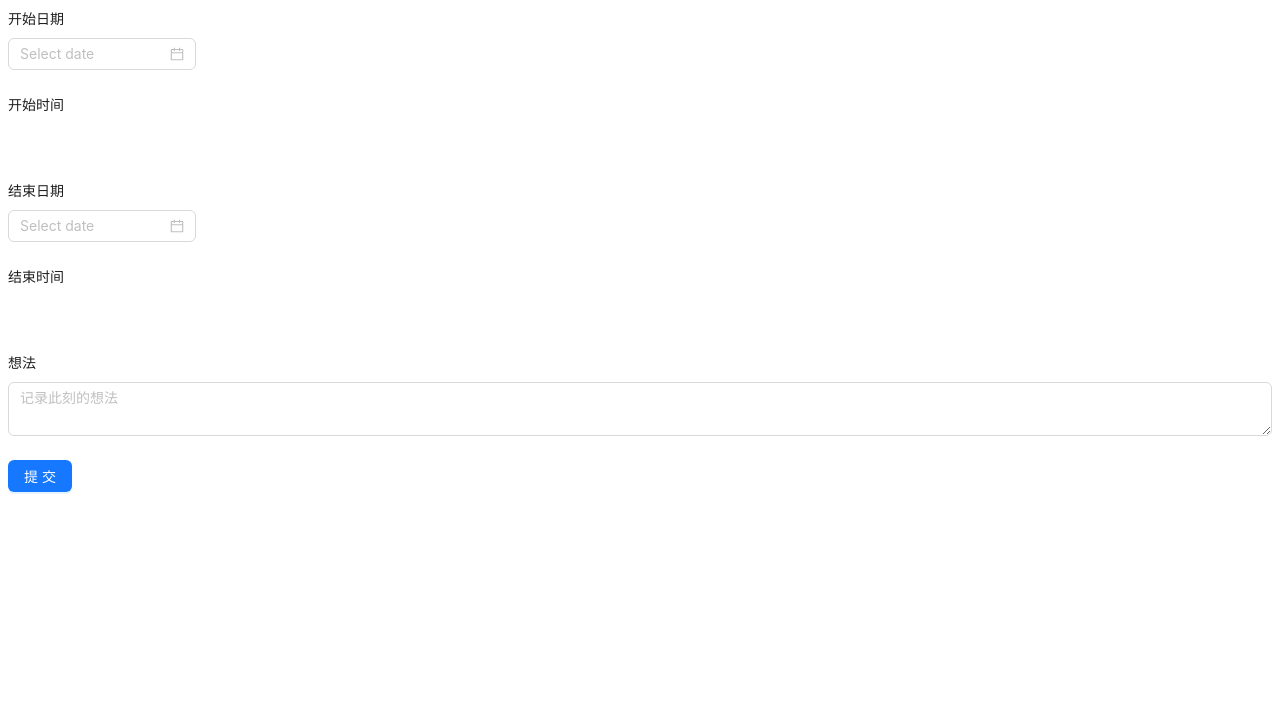
Repository: wujieli0207/time-value-app
Page: /
These files come from the project's save history. The page is drawn as it stood at one moment and after the next save; the edit follows.
The browser window is 1280 px wide. The pictures show the whole page.
The project was rebuilt for these pictures with package versions that can differ from the ones it lists, and the page was loaded fresh each time. Also part of the build but not shown: vite.config.ts.

Above is the page before, as saved 2024-01-29 10:48:49.

After the next save:
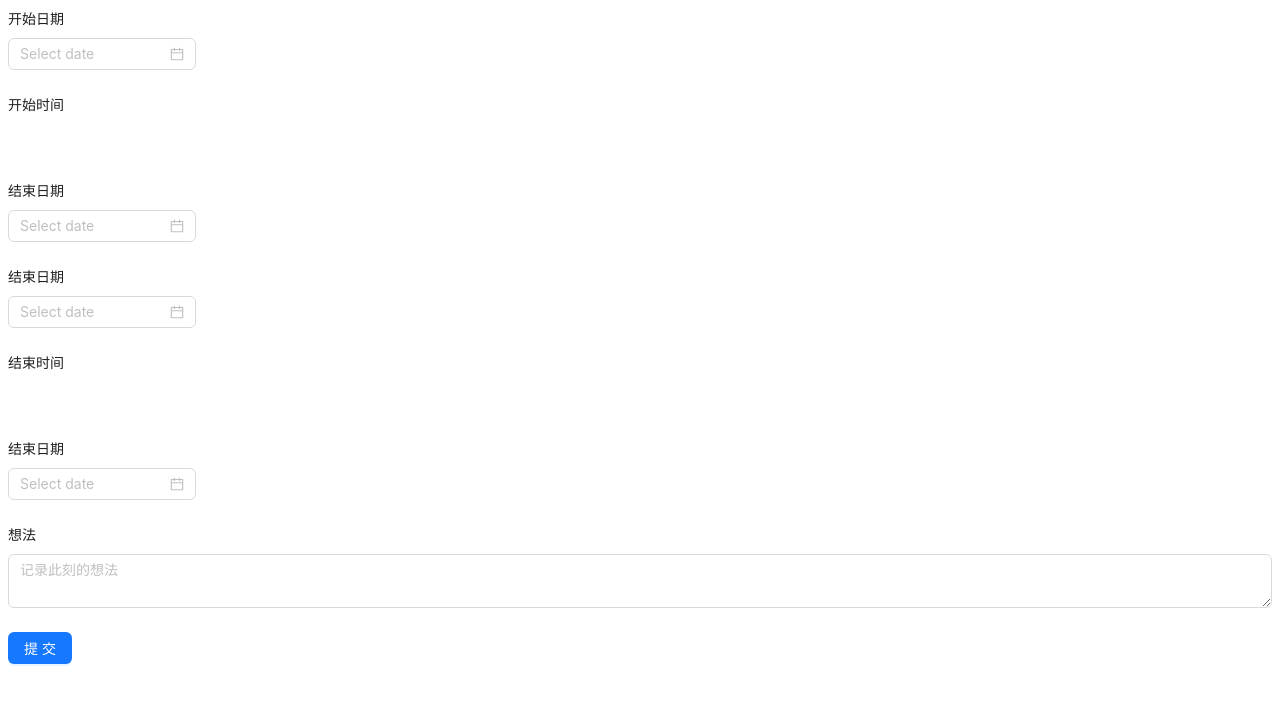
Saved 61 s later.
--- a/src/App.tsx
+++ b/src/App.tsx
@@ -43,11 +43,17 @@ function App() {
         <Form.Item<FieldType> name="startDate" label="开始日期">
           <DatePicker />
         </Form.Item>
-        <Form.Item label="开始时间"></Form.Item>
+        <Form.Item<FieldType> name="startTime" label="开始时间"></Form.Item>
         <Form.Item label="结束日期">
           <DatePicker />
         </Form.Item>
-        <Form.Item label="结束时间"></Form.Item>
+        <Form.Item<FieldType> name="endDate" label="结束日期">
+          <DatePicker />
+        </Form.Item>
+        <Form.Item<FieldType> name="endTime" label="结束时间"></Form.Item>
+        <Form.Item label="结束日期">
+          <DatePicker />
+        </Form.Item>
         <Form.Item label="想法">
           <Input.TextArea placeholder="记录此刻的想法" />
         </Form.Item>
